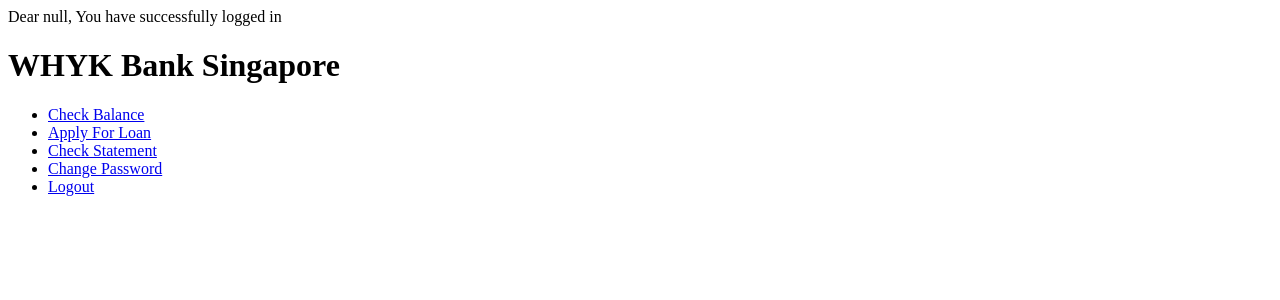
Repository: LingWenXing/java-fundamentals
Page: http://localhost/BankApplicationSystem/loginPageSuccess.jsp
An editor plug-in stored every save of this project. The page is shown before and after the next save, followed by the edit.
The browser window is 1280 px wide. The pictures show the whole page.
The page is served by Tomcat 9.

Above is the page before, as saved 2022-04-15 06:54:55.

After the next save:
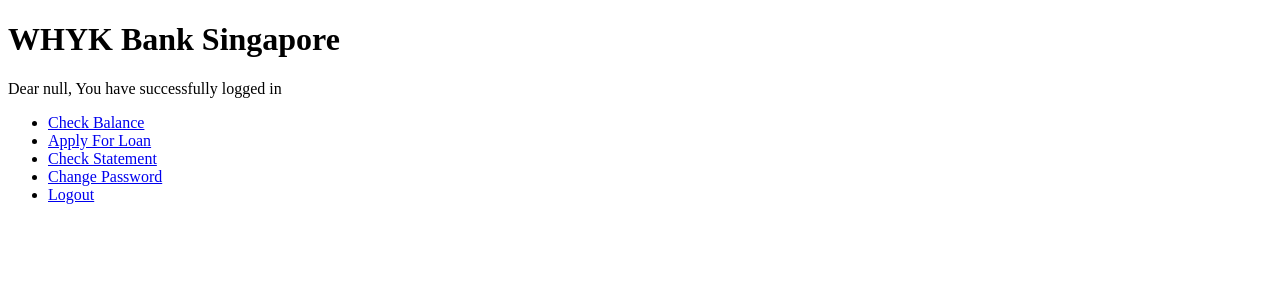
Saved 50 s later.
--- a/BankApplicationSystem/src/main/webapp/loginPageSuccess.jsp
+++ b/BankApplicationSystem/src/main/webapp/loginPageSuccess.jsp
@@ -9,10 +9,10 @@
 <body>
 	<header>
 		<div>
-			Dear <%out.print(session.getAttribute("name"));%>, You have successfully logged in<br>
 			<div>
 				<h1>WHYK Bank Singapore</h1>
 			</div>
+			Dear <%out.print(session.getAttribute("name"));%>, You have successfully logged in<br>
 			<nav>
 				<ul>
 					<li><a href="/BankApplicationSystem/checkBalance.html">Check Balance</a></li>
